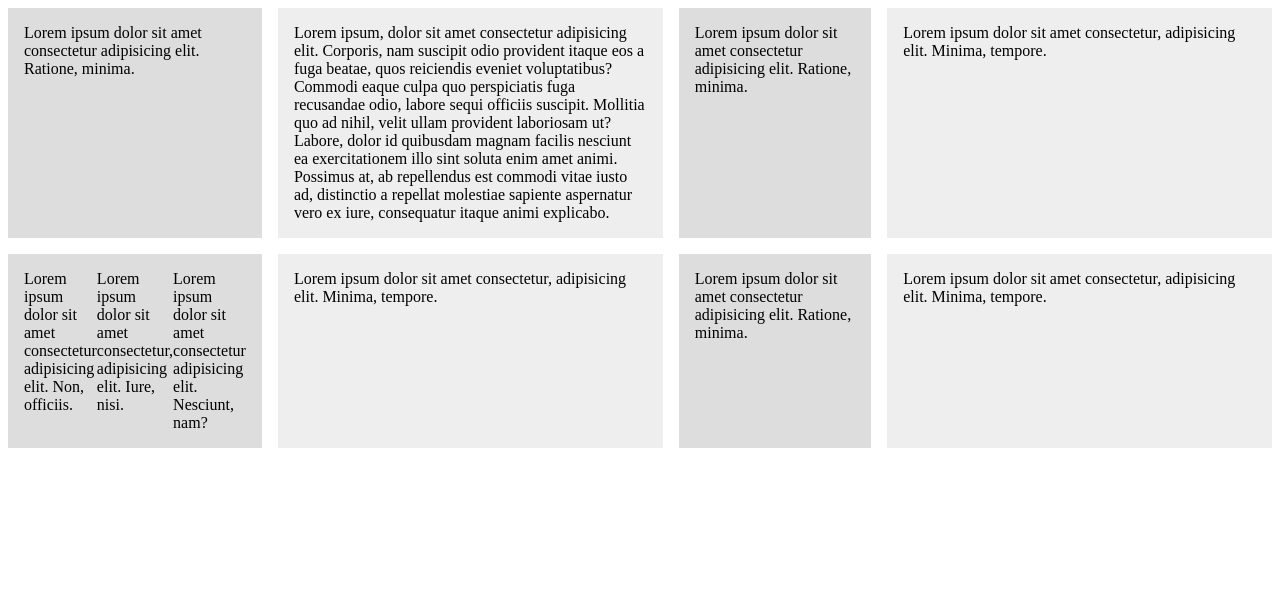
Repository: manojsatya/Web_development
Page: CSS_Grid/index2.html
The author's editor kept a copy of each file at every save. The page is drawn from the files as they stood at one save, then again after the next save.
The browser window is 1280 px wide. The pictures show the whole page.

Above is the page before, as saved 2019-07-03 12:14:44.

### CSS_Grid/index2.html
<!DOCTYPE html>
<html lang="en">
<head>
    <meta charset="UTF-8">
    <meta name="viewport" content="width=device-width, initial-scale=1.0">
    <meta http-equiv="X-UA-Compatible" content="ie=edge">
    <title>CSS Grid</title>
    <style>

    .wrapper {
        display: grid;
        grid-template-columns: repeat(2, 1fr 2fr);
        grid-gap: 1em;
        grid-auto-rows: minmax(100px, auto);

    }
    .wrapper > div {
        background: #eee;
        padding: 1em;
    }

    .wrapper > div:nth-child(odd){
        background: #ddd;
    }

    .nested{
        display: grid;
        grid-template-columns: repeat(2, 1fr 2fr);
    }

    </style>
</head>
<body>

    <div class="wrapper">
        <div>
            Lorem ipsum dolor sit amet consectetur adipisicing elit. Ratione, minima.
        </div>
        <div>
            Lorem ipsum, dolor sit amet consectetur adipisicing elit. Corporis, nam suscipit odio provident itaque eos a fuga beatae, quos reiciendis eveniet voluptatibus? Commodi eaque culpa quo perspiciatis fuga recusandae odio, labore sequi officiis suscipit. Mollitia quo ad nihil, velit ullam provident laboriosam ut? Labore, dolor id quibusdam magnam facilis nesciunt ea exercitationem illo sint soluta enim amet animi. Possimus at, ab repellendus est commodi vitae iusto ad, distinctio a repellat molestiae sapiente aspernatur vero ex iure, consequatur itaque animi explicabo.
        </div>
        <div>
            Lorem ipsum dolor sit amet consectetur adipisicing elit. Ratione, minima.
        </div>
        <div>
            Lorem ipsum dolor sit amet consectetur, adipisicing elit. Minima, tempore.
        </div>
        <div class="nested">
            <div>Lorem ipsum dolor sit amet consectetur adipisicing elit. Non, officiis.</div>
            <div>Lorem ipsum dolor sit amet consectetur, adipisicing elit. Iure, nisi.</div>
            <div>Lorem ipsum dolor sit amet consectetur adipisicing elit. Nesciunt, nam?</div>
        </div>
        <div>
            Lorem ipsum dolor sit amet consectetur, adipisicing elit. Minima, tempore.
        </div>
        <div>
            Lorem ipsum dolor sit amet consectetur adipisicing elit. Ratione, minima.
        </div>
        <div>
            Lorem ipsum dolor sit amet consectetur, adipisicing elit. Minima, tempore.
        </div>
    </div>

</body>
</html>

After the next save:
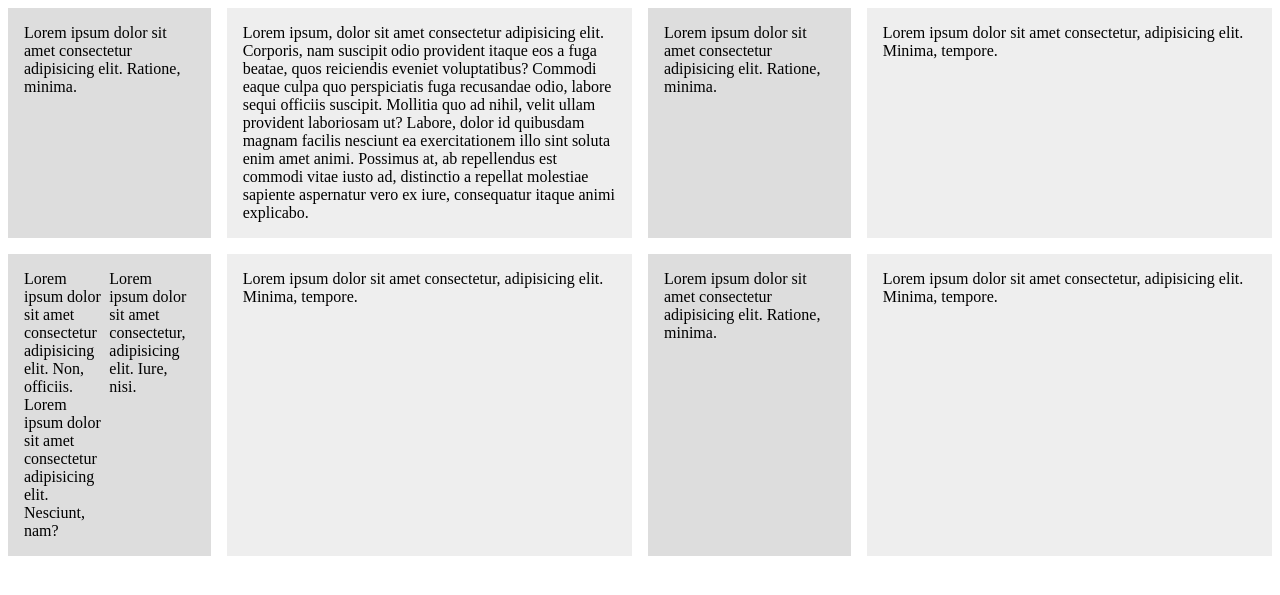
Saved 10 s later.
--- a/CSS_Grid/index2.html
+++ b/CSS_Grid/index2.html
@@ -25,7 +25,7 @@
 
     .nested{
         display: grid;
-        grid-template-columns: repeat(2, 1fr 2fr);
+        grid-template-columns: repeat(2, 1fr);
     }
 
     </style>

After the save that followed:
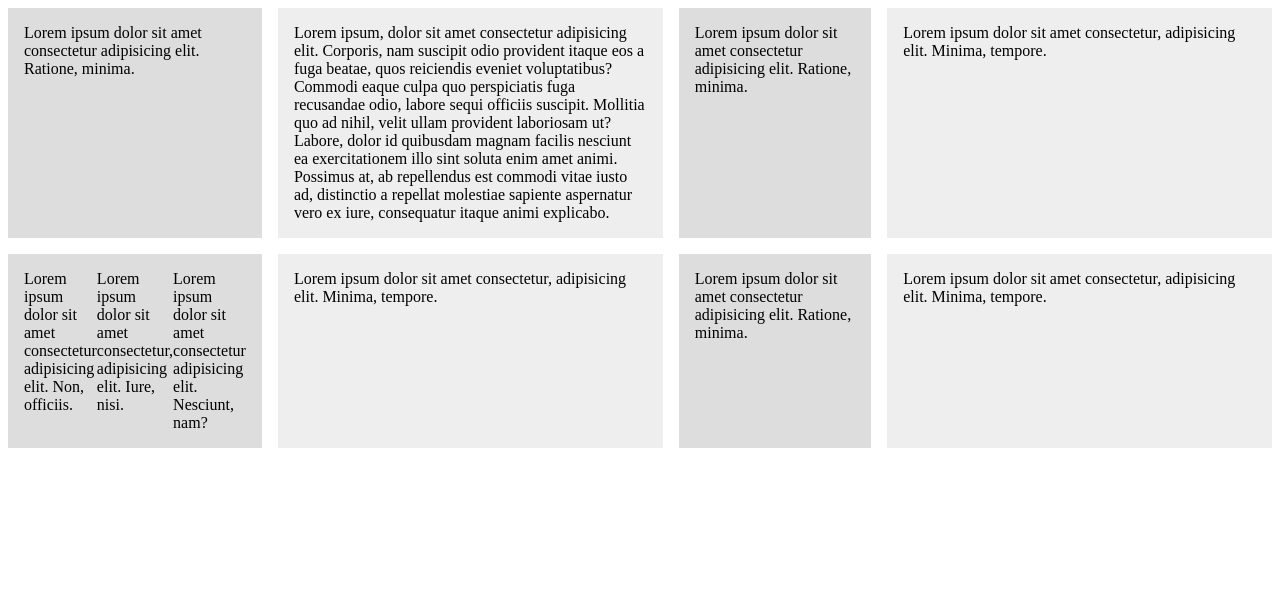
Saved 12 s later.
--- a/CSS_Grid/index2.html
+++ b/CSS_Grid/index2.html
@@ -25,7 +25,7 @@
 
     .nested{
         display: grid;
-        grid-template-columns: repeat(2, 1fr);
+        grid-template-columns: repeat(4, 1fr);
     }
 
     </style>
